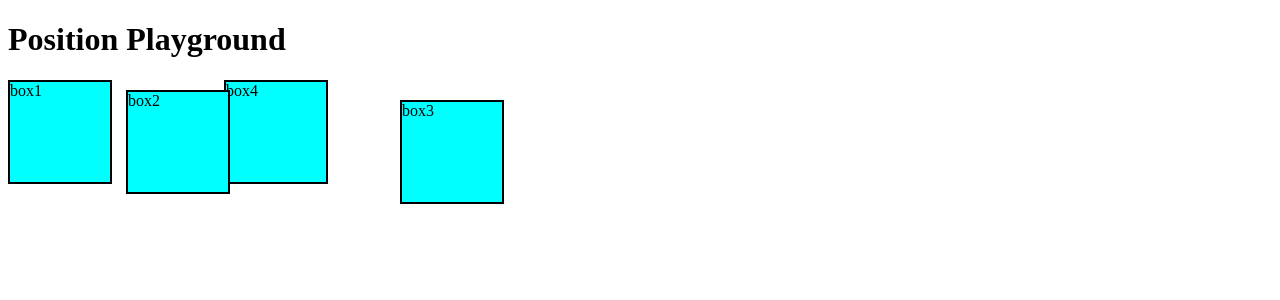
Repository: rakeshkolpepatil/CSS_Apana_College
Page: index.html
These files come from the project's save history. The page is drawn as it stood at one moment and after the next save; the edit follows.
The browser window is 1280 px wide. The pictures show the whole page.

Above is the page before, as saved 2023-06-23 17:50:32.

### index.html
<!DOCTYPE html>
<html lang="en">
<head>
  <meta charset="UTF-8">
  <meta name="viewport" content="width=device-width, initial-scale=1.0">
  <title>Position Property in CSS</title>
  <link rel="stylesheet" href="styleFive.css"/>
</head>
<body>
  <h1> Position Playground</h1>
    <div id="box1"> box1 </div>
    <div id="box2"> box2 </div>
    <div id="box3"> box3 </div>
    <div id="box4"> box4 </div>
</body>
</html>

### styleFive.css
div{
  height: 100px;
  width: 100px;
  background-color:aqua;
  border: 2px solid black;
  display: inline-block;
}

/*

1) The 'static' property is the default property for an html element. In this property Top, Bottom, Left, Right and z-index has no effect.

2) The 'relative' property sets element relative to its default position. The top, right, bottom, left and z-index properties will work with this position.

3) The 'absolute' property positions relative to its closest non-staticly positioned ancestor and the element is removed from the flow.

4) The 'fixed' property positions the element relative to the browser instead of closest non-staticly positioned ancestor as in the case of 'absolute' property and element is removed from the flow.

5)
*/

#box1{
  position: static;
}
#box2{
  position: relative;
  top: 10px;
  left: 10px;
}
#box3{
  position: absolute;
  top: 100px;
  left: 400px;
}

After the next save:
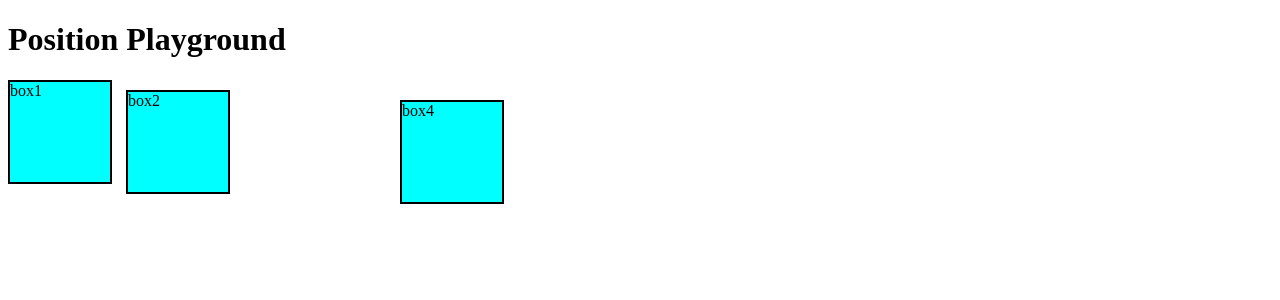
Saved 31 s later.
--- a/styleFive.css
+++ b/styleFive.css
@@ -32,3 +32,8 @@ div{
   top: 100px;
   left: 400px;
 }
+#box4{
+  position: fixed;
+  top: 100px;
+  left: 400px;
+}
